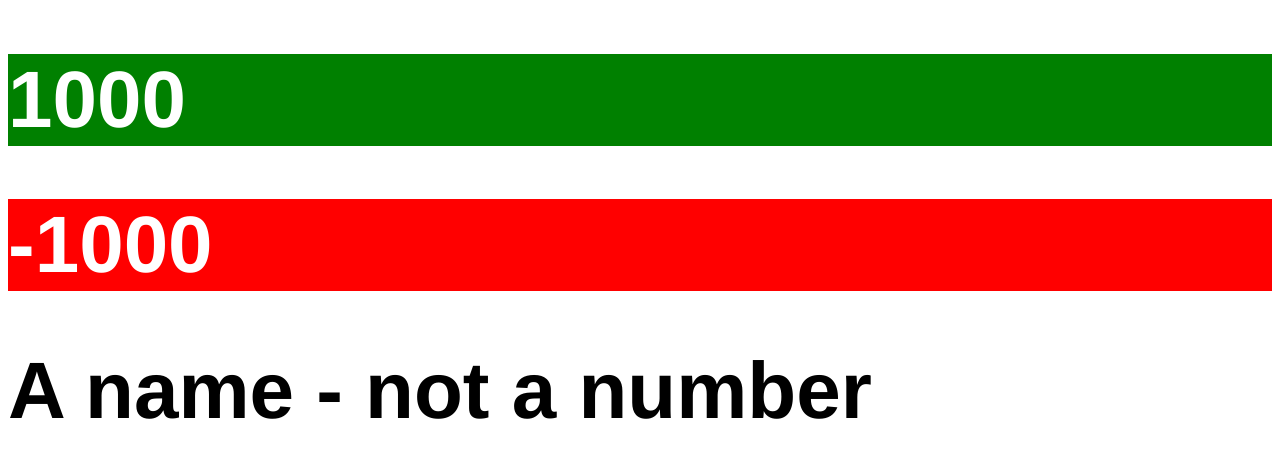
Repository: sammkrt/saltPrecourse
Page: jsDom-trainingGround/changingCSSWithJS.html
These files come from the project's save history. The page is drawn as it stood at one moment and after the next save; the edit follows.
The browser window is 1280 px wide. The pictures show the whole page.

Above is the page before, as saved 2022-12-24 00:27:31.

### jsDom-trainingGround/changingCSSWithJS.html
<!DOCTYPE html>
<html lang="en">
<head>
    <meta charset="UTF-8">
    <meta http-equiv="X-UA-Compatible" content="IE=edge">
    <meta name="viewport" content="width=device-width, initial-scale=1.0">
    <title>Document</title>
    <style>
        .mainResult{
            font-family: 'Franklin Gothic Medium', 'Arial Narrow', Arial, sans-serif;
            font-size: 80px;
        }
        .negativeResult{
            background-color: red;
            color: white;
        }
        .positiveResult {
            background-color: green;
            color: white;
        }
    </style>
</head>
<body>
    <main>
        <h1 class="mainResult">1000</h1>
        <h1 class="mainResult">-1000</h1>
        <h1 class="mainResult"> A name - not a number</h1>
    </main>
    <script>
        function AddStyleBasedOfContent(element,content)
        {
            const convertedNumber = Number(content);
            if (Number.isNaN(convertedNumber)) {
                return;
            }
            if (convertedNumber < 0) {
                element.classList.add('negativeResult')
                return;
            }
            element.classList.add('positiveResult');
        }

        function addResultStyling() {
            const mainResultElements = document.querySelectorAll('.mainResult');

            for (let i = 0; i < mainResultElements.length; i++) {
                const content = mainResultElements[i].textContent;

                AddStyleBasedOfContent(mainResultElements[i],content);
            }
        }
    </script>

    <script>
        addResultStyling();

    </script>


</body>
</html>

After the next save:
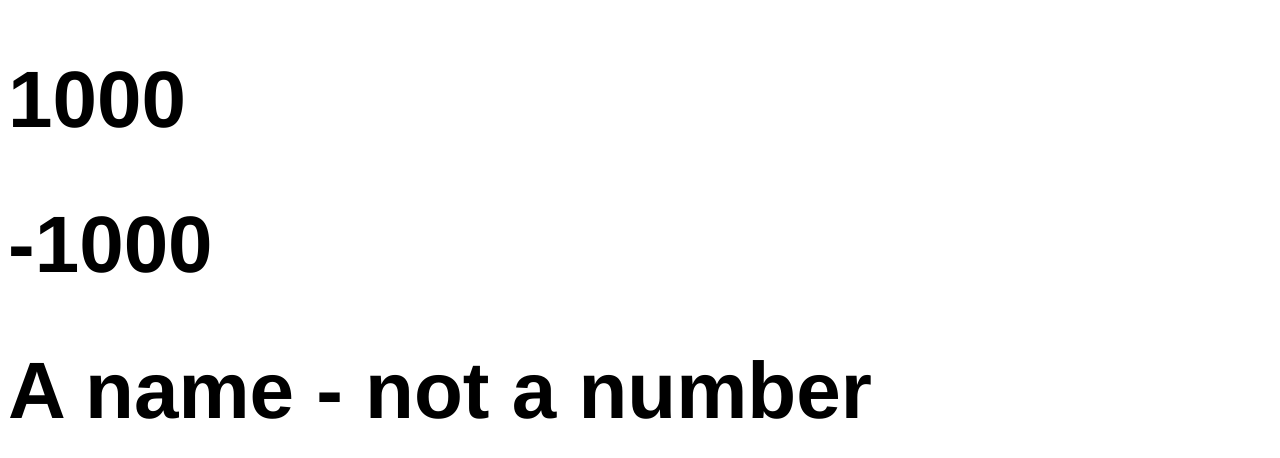
Saved 40 h 3 min later.
--- a/jsDom-trainingGround/changingCSSWithJS.html
+++ b/jsDom-trainingGround/changingCSSWithJS.html
@@ -26,36 +26,5 @@
         <h1 class="mainResult">-1000</h1>
         <h1 class="mainResult"> A name - not a number</h1>
     </main>
-    <script>
-        function AddStyleBasedOfContent(element,content)
-        {
-            const convertedNumber = Number(content);
-            if (Number.isNaN(convertedNumber)) {
-                return;
-            }
-            if (convertedNumber < 0) {
-                element.classList.add('negativeResult')
-                return;
-            }
-            element.classList.add('positiveResult');
-        }
-
-        function addResultStyling() {
-            const mainResultElements = document.querySelectorAll('.mainResult');
-
-            for (let i = 0; i < mainResultElements.length; i++) {
-                const content = mainResultElements[i].textContent;
-
-                AddStyleBasedOfContent(mainResultElements[i],content);
-            }
-        }
-    </script>
-
-    <script>
-        addResultStyling();
-
-    </script>
-
-
 </body>
 </html>
